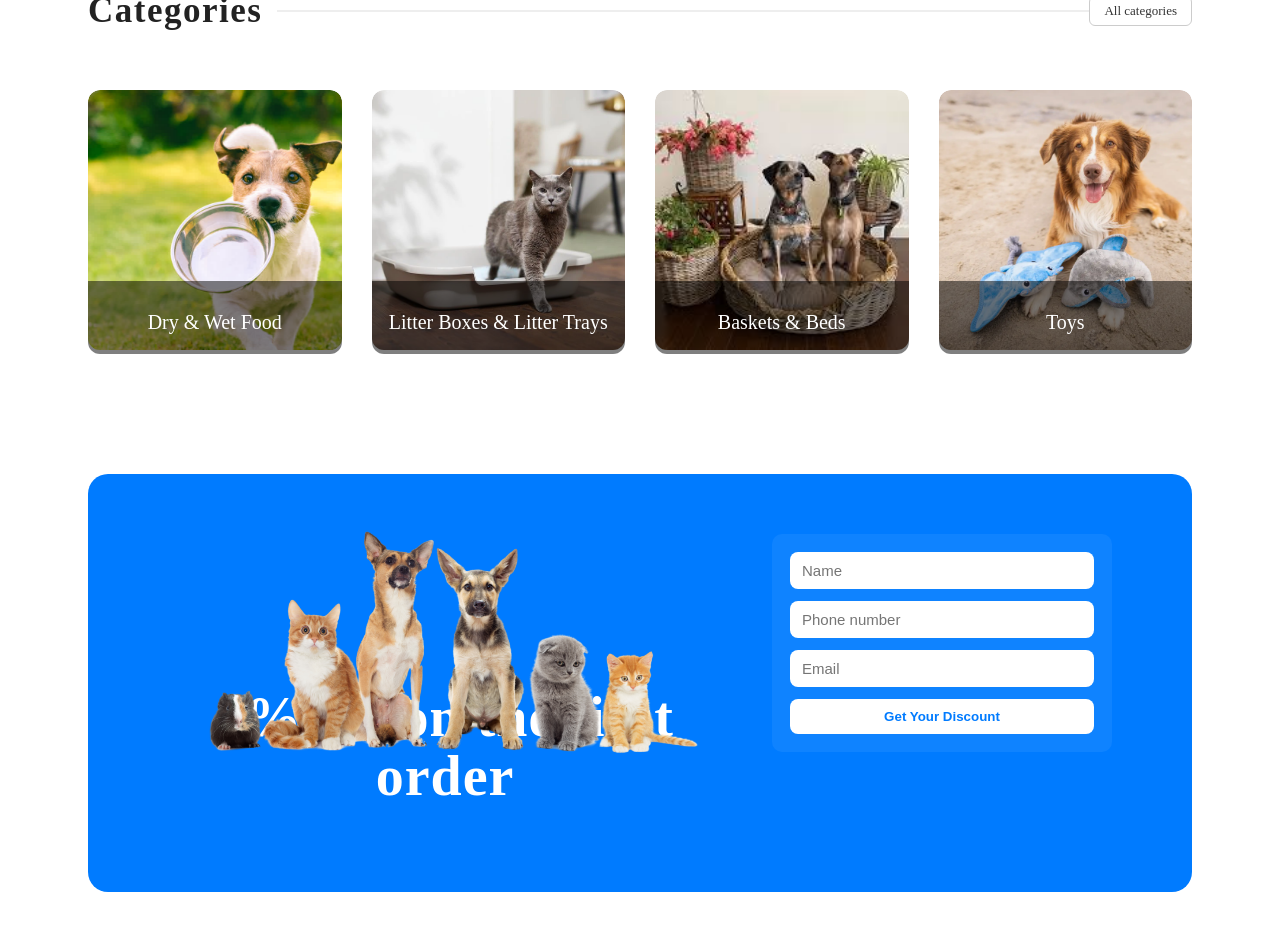
Repository: JuliiaJuliia/pet-shop-frontend
Page: / (app in pet-shop-frontend/)
These files come from the project's save history. The page is drawn as it stood at one moment and after a run of saves; the edit follows.
The browser window is 1280 px wide. The pictures show the part of the page from y = 693 to 1645 px (the page is 1645 px tall).
The project was rebuilt for these pictures with package versions that can differ from the ones it lists, and the page was loaded fresh each time. Also part of the build but not shown: pet-shop-frontend/vite.config.js, pet-shop-frontend/src/pages/CheckoutPage.jsx, pet-shop-frontend/src/api/axios.js, pet-shop-frontend/src/components/ProductList.jsx.

Above is the page before, as saved 2025-11-06 14:55:46.

### pet-shop-frontend/index.html
<!doctype html>
<html lang="en">
  <head>
    <meta charset="UTF-8" />
    <link rel="icon" type="image/svg+xml" href="/vite.svg" />
    <meta name="viewport" content="width=device-width, initial-scale=1.0" />
    <title>pet-shop-frontend</title>
  </head>
  <body>
    <div id="root"></div>
    <script type="module" src="/src/main.jsx"></script>
  </body>
</html>

### pet-shop-frontend/src/main.jsx
import HomePage from "./pages/HomePage";
import CheckoutPage from "./pages/CheckoutPage";
import React from "react";
import ReactDOM from "react-dom/client";
import { BrowserRouter, Routes, Route } from "react-router-dom";
import Header from "./components/Header/Header.jsx";
import ProductList from "./components/ProductList";

function Categories() {
  return <h2 style={{ textAlign: "center" }}>Categories Page</h2>;
}

function Sales() {
  return <h2 style={{ textAlign: "center" }}>Sales Page</h2>;
}

function Cart() {
  return <h2 style={{ textAlign: "center" }}>Your Cart is empty</h2>;
}

ReactDOM.createRoot(document.getElementById("root")).render(
  <BrowserRouter>
    <Header />
    <Routes>
      <Route path="/" element={<HomePage />} />
      <Route path="/categories" element={<Categories />} />
      <Route path="/products" element={<ProductList />} />
      <Route path="/sales" element={<Sales />} />
      <Route path="/cart" element={<Cart />} />
    </Routes>
  </BrowserRouter>
);

### pet-shop-frontend/src/pages/HomePage.jsx
import React from "react";
import MainBanner from "../components/MainBanner";
import Categories from "../components/Categories";
import DiscountBanner from "../components/DiscountBanner"; // 👈 ось цей рядок

const HomePage = () => {
  return (
    <div>
      <MainBanner />
      <Categories />
      <DiscountBanner />   {/* 👈 він має бути тут */}
    </div>
  );
};

export default HomePage;

### pet-shop-frontend/src/components/Header/Header.jsx
import React from "react";
import { Link } from "react-router-dom";
import "./Header.css";

const Header = () => {
  return (
    <header className="header">
      <div className="header__logo">
        <Link to="/">PetShop 🐾</Link>
      </div>
      <nav className="header__nav">
        <Link to="/">Main Page</Link>
        <Link to="/categories">Categories</Link>
        <Link to="/products">All products</Link>
        <Link to="/sales">All sales</Link>
      </nav>
      <div className="header__cart">
        <Link to="/cart">
        <img src="/icon.svg" alt="Cart" className="header__cart-icon" />
        </Link>
</div>
    </header>
  );
};

export default Header;

### pet-shop-frontend/src/components/MainBanner.jsx
import React from "react";
import { Link } from "react-router-dom";
import "./MainBanner.css";

const MainBanner = () => {
  return (
    <section className="main-banner">
      <div className="main-banner__overlay">
        <div className="main-banner__content">
        <h1>Amazing Discounts <br /> on Pets Products!</h1>
        <Link to="/checkout" className="banner-btn">Check out</Link>
        </div>
      </div>
    </section>
  );
};

export default MainBanner;

### pet-shop-frontend/src/components/Categories.jsx
import React from "react";
import { Link } from "react-router-dom";
import "./Categories.css";

const categories = [
  { id: 1, name: "Dry & Wet Food", image: "/Dog.jpg" },
  { id: 2, name: "Litter Boxes & Litter Trays", image: "/Cat.jpg" },
  { id: 3, name: "Baskets & Beds", image: "/Dogs.jpg" },
  { id: 4, name: "Toys", image: "/Dog and Fish.jpg" },
];

const Categories = () => {
  return (
    <section className="categories">
      <div className="categories__header">
        <h2>Categories</h2>
        <div className="categories__line"></div>

        <Link to="/products" className="all-categories-btn">
          All categories
        </Link>
      </div>

      <div className="categories__grid">
        {categories.map((category) => (
          <div key={category.id} className="category-card">
            <img src={category.image} alt={category.name} />
            <div className="category-card__overlay">
              <p>{category.name}</p>
            </div>
          </div>
        ))}
      </div>
    </section>
  );
};

export default Categories;

### pet-shop-frontend/src/components/DiscountBanner.jsx
import React from "react";
import "./DiscountBanner.css";

const DiscountBanner = () => {
  return (
    <section className="discount-banner">
      <div className="discount-banner__content">
        <div className="discount-banner__left">
          <h2>5% off on the first order</h2>
          <img src="/Pets.jpg" alt="pets" className="discount-banner__image" />
        </div>

        <div className="discount-banner__form">
          <form>
            <input type="text" placeholder="Name" required />
            <input type="phone" placeholder="Phone number" required />
            <input type="email" placeholder="Email" required />
            <button type="submit">Get Your Discount</button>
          </form>
        </div>
      </div>
    </section>
  );
};

export default DiscountBanner;

### pet-shop-frontend/src/components/Header/Header.css
.header {
    display: flex;
    align-items: center;
    justify-content: space-between;
    padding: 20px 60px;
    background-color: #fff;
    box-shadow: 0 2px 5px rgba(0, 0, 0, 0.05);
    position: sticky;
    top: 0;
    z-index: 10;
  }

  .header__logo a {
    font-size: 40px;
    font-weight: 400;
    color: #3d3c3c;
    text-decoration: none;
    display: flex;
    align-items: center;
    gap: 10px;
  }

  .header__nav {
    display: flex;
    gap: 30px;
  }

  .header__nav a {
    font-size: 20px;
    text-decoration: none;
    color: #38383a;
    font-weight: 550;
    transition: 0.3s;
    cursor: url("data:[embedded picture, 129 characters]"), auto;
  }

  .header__nav a:hover {
    color: #24973bf3;
  }

  .cart-icon {
    font-size: 20px;
    text-decoration: none;
  }

  .header__cart-icon {
    width: 30px;
    height: 30px;
    object-fit: contain;
    transition: transform 0.3s ease;
    cursor: url("data:[embedded picture, 129 characters]"), auto;
  }

  .header__cart-icon:hover {
    transform: rotate(10deg) scale(1.15);
  }

### pet-shop-frontend/src/components/MainBanner.css
.main-banner {
  position: relative;
  width: 100%;
  height: 500px;
  background: url("/banner-dog.jpg") center/cover no-repeat;
  display: flex;
  align-items: center;
  justify-content: center;
  border-radius: 10px;
  overflow: hidden;
  margin-bottom: 60px;
}

/* Полупрозрачный шар поверх картинки */
.main-banner__overlay {
  background: rgba(0, 0, 0, 0.35);
  width: 100%;
  height: 100%;
  display: flex;
  align-items: center;
  justify-content: center;
}

/* Текст и кнопка */
.main-banner__content {
  text-align: left;
  color: #fff;
  max-width: 800px;
  padding: 0 40px;
  line-height: 1.1;
  white-space: normal;
  word-break: break-word;
}

.main-banner__content h1 {
  font-size: 54px;
  font-weight: 700;
  line-height: 1.2;
  margin-bottom: 40px;
}


.main-banner__button {
  background-color: #53b955df;
  color: rgb(255, 255, 255);
  border: none;
  border-radius: 6px;
  font-size: 18px;
  padding: 14px 30px;
  cursor: pointer;
  transition: all 0.3s ease;
  cursor: url("data:[embedded picture, 129 characters]"), auto;
}

.main-banner__button:hover {
  background-color: #24973b91;
  ;
  transform: scale(1.05);
}

.banner-btn {
  display: inline-block;
  background-color: #53b955df;
  color: white;
  border: none;
  border-radius: 6px;
  font-size: 18px;
  padding: 14px 30px;
  text-decoration: none;
  text-align: center;
  cursor: pointer;
  transition: all 0.3s ease;
}

.banner-btn:hover {
  background-color: #24973b91;
  transform: scale(1.05);
}

### pet-shop-frontend/src/components/Categories.css
.categories {
    padding: 0px 80px 60px;
    background-color: #fff;
  }

  .categories__title {
    font-size: 36px;
    font-weight: 600;
    margin-bottom: 30px;
    color: #222;
  }

  .categories__grid {
    display: grid;
    grid-template-columns: repeat(auto-fit, minmax(220px, 1fr));
    gap: 30px;
    justify-items: center;
  }

  .category-card {
    position: relative;
    width: 100%;
    max-width: 260px;
    border-radius: 12px;
    overflow: hidden;
    cursor: url("data:[embedded picture, 129 characters]"), auto;
    transition: transform 0.3s ease;
  }

  .category-card img {
    width: 100%;
    height: 260px;
    object-fit: cover;
    border-radius: 12px;
  }

  .category-card__overlay {
    position: absolute;
    display: flex;
    justify-content: center;
    align-items: center;
    text-align: center;
    bottom: 0;
    left: 0;
    right: 0;
    background: rgba(0, 0, 0, 0.5);
    color: #fff;
    font-size: 20px;
    font-weight: 500;
    padding-top: 10px;
    transition: background 0.3s ease;
  }

  .category-card:hover {
    transform: scale(1.05);
  }

  .category-card:hover .category-card__overlay {
    background: rgba(0, 0, 0, 0.7);
  }

  .categories__header {
    display: flex;
    align-items: center;
    justify-content: space-between;
    position: relative;
    margin-bottom: 30px;
  }

  .categories__header h2 {
    font-size: 35px;
    font-weight: 700;
    color: #222;
    letter-spacing: 1.5px;
    background-color: #fff;
    padding-right: 15px;
    z-index: 1;
  }

  .categories__line {
    position: absolute;
    left: 0;
    right: 0;
    height: 1px;
    background-color: #ddd;
    top: 50%;
    transform: translateY(-50%);
    z-index: 0;
  }

  .all-categories-btn {
    display: inline-flex;
    align-items: center;
    justify-content: center;
    background-color: #fff;
    border: 1px solid #ccc;
    border-radius: 6px;
    padding: 6px 14px;
    font-size: 13px;
    font-weight: 500;
    color: #333;
    text-decoration: none;
    outline: none;
    cursor: pointer;
    z-index: 1;
    transition: all 0.3s ease;
  }

  .all-categories-btn:hover {
    background-color: #53b955cd;
    color: #fff;
    border-color: #24973b91;
    transform: scale(1.05);
    cursor: url("/paw-cursor.png"), auto;
    cursor: url("data:[embedded picture, 129 characters]"), auto;
  }

### pet-shop-frontend/src/components/DiscountBanner.css
/* контейнер банера */
.discount-banner {
    background-color: #007bff;
    color: #fff;
    border-radius: 20px;
    margin: 60px 80px;
    padding: 60px 80px 140px; /* зверни увагу: великий паддінг знизу для місця під тварин */
    position: relative;
    overflow: visible;
    display: block;
  }

  /* заголовок — по центру всього блоку (горизонтально + вертикально) */
  .discount-banner__left h2 {
    position: absolute;
    top: 50%;
    left: 50%;
    transform: translate(-50%, -50%);
    margin: 0;
    font-size: 56px;
    font-weight: 700;
    letter-spacing: 1px;
    text-align: center;
    width: 100%;
    line-height: 1.05;
  }

  /* вміст під заголовком: картинка ліворуч, форма праворуч */
  .discount-banner__content {
    display: flex;
    justify-content: space-between;
    align-items: flex-end;
    gap: 50px;
    width: 100%;
    position: relative;
    margin-top: 0px;
  }

  /* ліва частина (картинка) */
  .discount-banner__left {
    flex: 1;
    display: flex;
    justify-content: center;
    align-items: flex-end;    /* картинка "сидить" внизу колонки */
    position: relative;
    padding-bottom: 10px;     /* трохи простору під картинкою */
  }

  /* картинка тварин — збільшена і з позицією внизу (на межі фону) */
  .discount-banner__image {
    max-width: 720px;         /* збільшити розмір тварин */
    width: 100%;
    height: auto;
    object-fit: contain;
    position: absolute;
    left: 50%;
    transform: translateX(-50%);
    bottom: -10px;            /* "сидить" на межі синього фону; змінюй значення для точного місця */
    z-index: 4;
  }

  /* права частина — форма (по центру вертикалі блоку) */
  .discount-banner__form {
    flex: 0 0 340px;          /* фіксована ширина форми */
    display: flex;
    align-items: center;      /* вертикальне центрування форми всередині доступного простору */
    justify-content: center;
    z-index: 6;
    position: relative;
  }

  /* стилі самої форми */
  .discount-banner__form form {
    width: 100%;
    display: flex;
    flex-direction: column;
    gap: 12px;
    background: rgba(255,255,255,0.06); /* легке напівпрозоре тло, зливається з фоном */
    padding: 18px;
    border-radius: 10px;
  }

  .discount-banner__form input {
    padding: 10px 12px;
    border-radius: 8px;
    border: none;
    font-size: 15px;
    outline: none;
  }

  .discount-banner__form button {
    padding: 10px 14px;
    border-radius: 8px;
    border: none;
    background: #fff;
    color: #007bff;
    font-weight: 600;
    cursor: pointer;
  }

  /* адаптация под мобильные екраны */
  @media (max-width: 900px) {
    .discount-banner {
      margin: 30px 24px;
      padding: 40px 24px 120px;
    }
    .discount-banner__left h2 {
      font-size: 34px;
      top: 42%;
    }
    .discount-banner__content {
      flex-direction: column;
      align-items: center;
      margin-top: 60px;
    }
    .discount-banner__form {
      width: 100%;
      flex: none;
      margin-top: 20px;
    }
    .discount-banner__image {
      position: relative;
      bottom: -6px;
      left: 50%;
      transform: translateX(-50%);
      max-width: 320px;
    }
  }

After the next 4 saves:
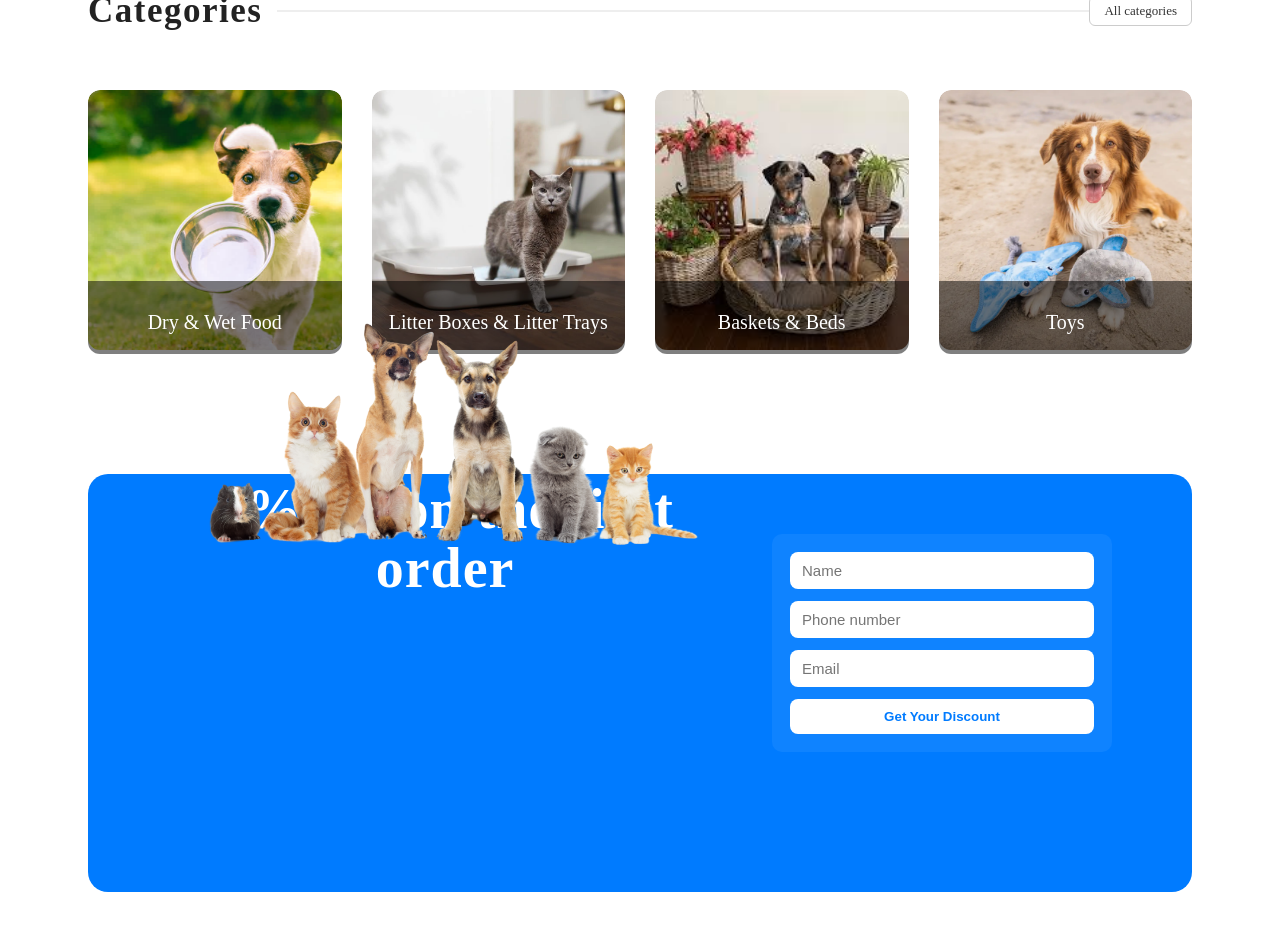
The 4 saves are shown as one change because they came seconds apart.
The last was saved 13 s later.
--- a/pet-shop-frontend/src/components/DiscountBanner.css
+++ b/pet-shop-frontend/src/components/DiscountBanner.css
@@ -29,7 +29,7 @@
   .discount-banner__content {
     display: flex;
     justify-content: space-between;
-    align-items: flex-end;
+    align-items: flex-start;
     gap: 50px;
     width: 100%;
     position: relative;

After the 3 saves that followed:
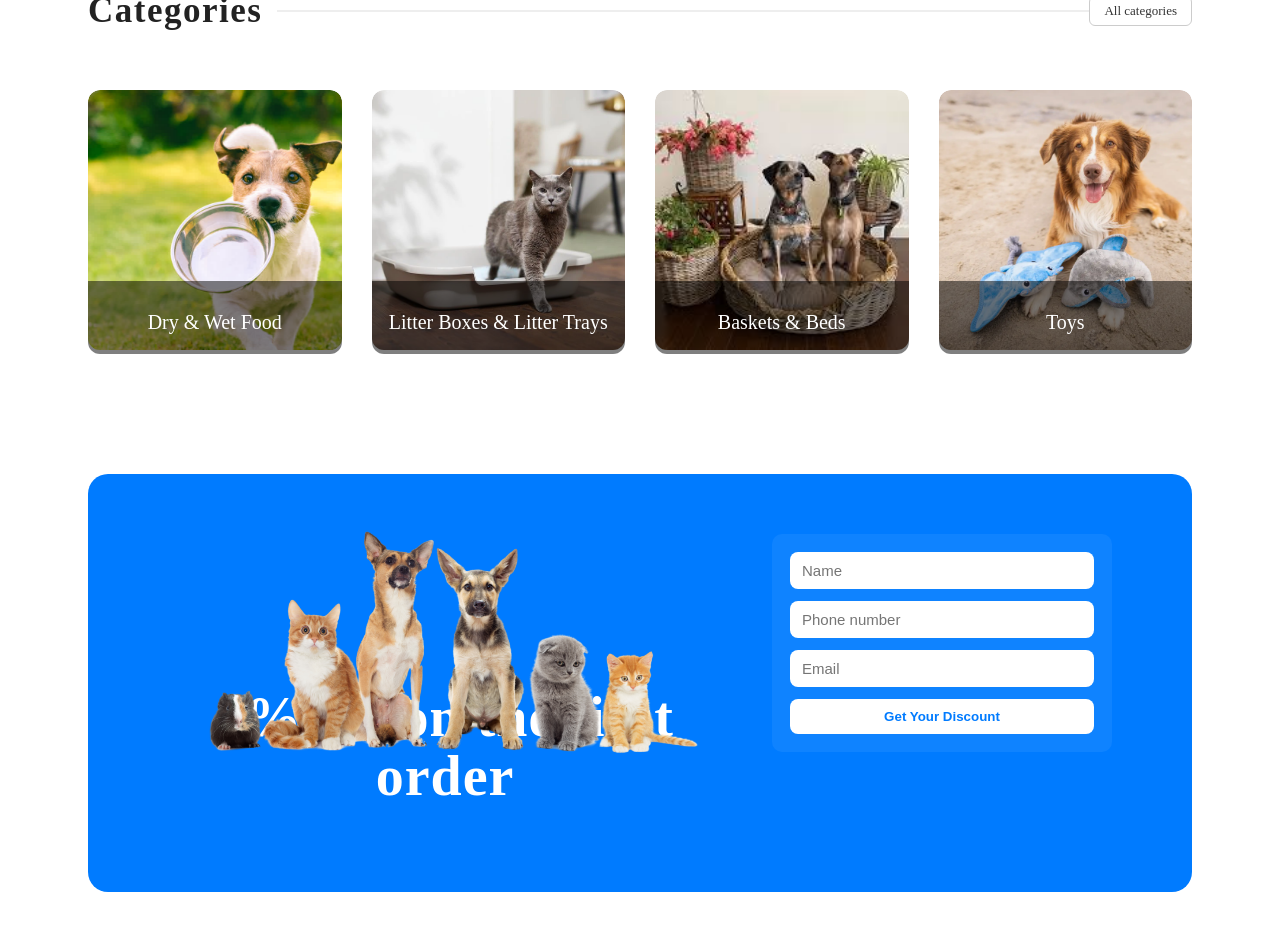
The 3 saves are shown as one change because they came seconds apart.
The last was saved 8 s later.
--- a/pet-shop-frontend/src/components/DiscountBanner.css
+++ b/pet-shop-frontend/src/components/DiscountBanner.css
@@ -29,7 +29,7 @@
   .discount-banner__content {
     display: flex;
     justify-content: space-between;
-    align-items: flex-start;
+    align-items: flex-end;
     gap: 50px;
     width: 100%;
     position: relative;
